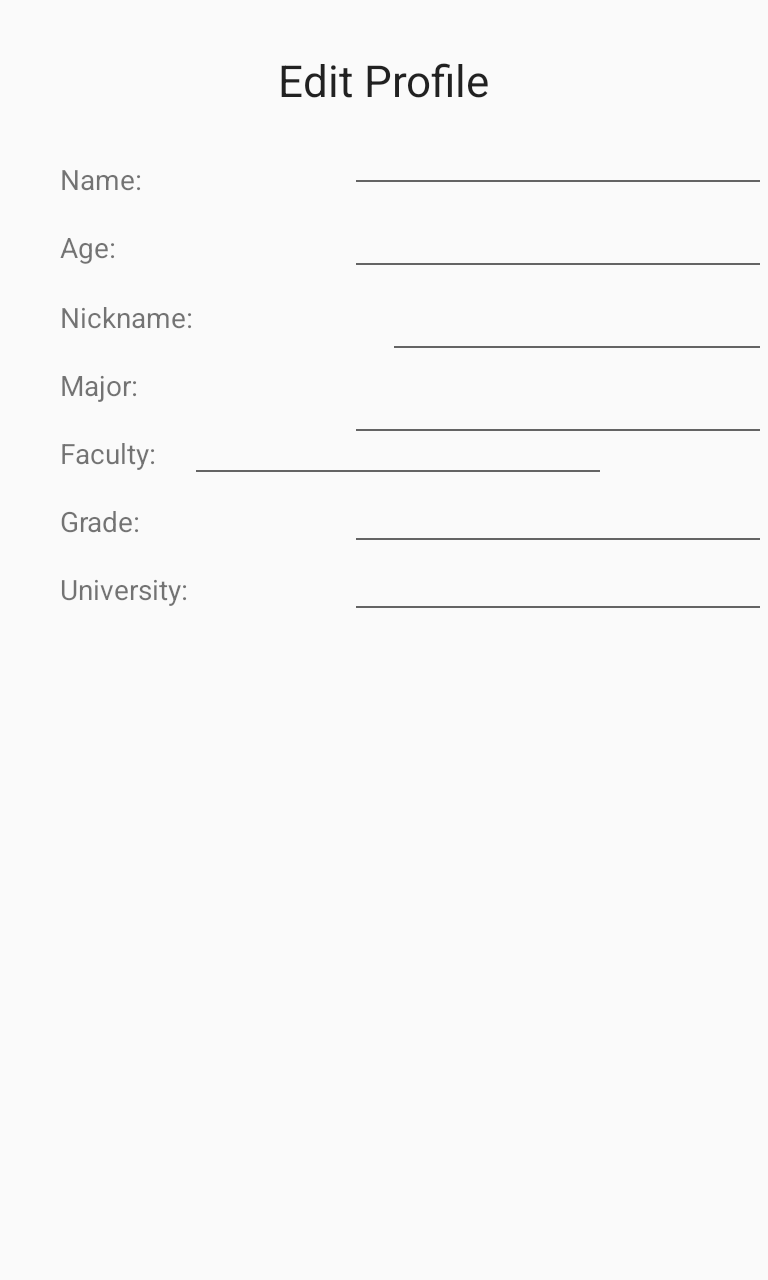
Repository: Android55410599/PROFILE
Layout: Resume_55410559/res/layout/resume.xml
These files come from the project's save history. The layout is drawn as it stood at one moment and after the next save; the edit follows.
It is drawn on a 768 x 1280 px phone screen (xhdpi) without system bars, with theme AppTheme; the app's code is not run.

Above is the layout before, as saved 2014-09-06 02:33:10.

After the next save:
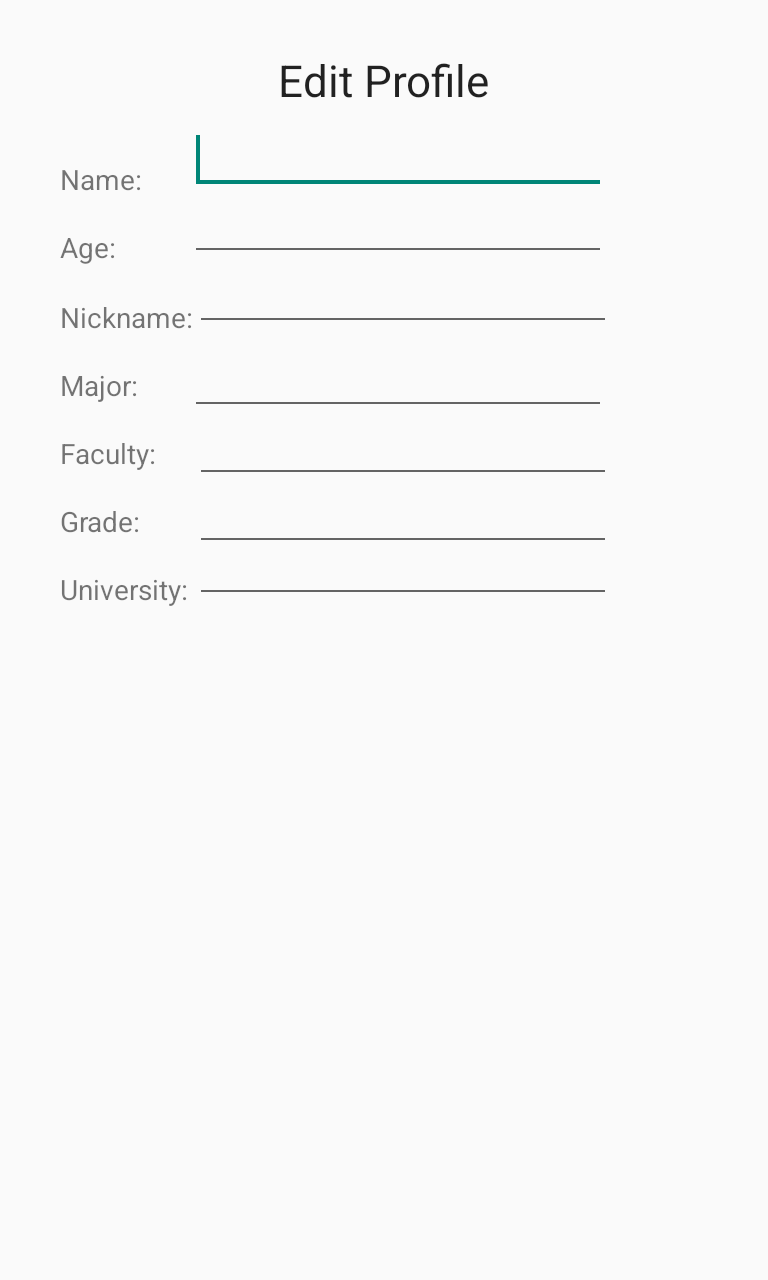
Saved 101 s later.
--- a/Resume_55410559/res/layout/resume.xml
+++ b/Resume_55410559/res/layout/resume.xml
@@ -84,36 +84,37 @@
 	    android:id="@+id/editText1"
 	    android:layout_width="wrap_content"
 	    android:layout_height="wrap_content"
-	    android:layout_alignBottom="@+id/Textview1"
-	    android:layout_alignParentRight="true"
+	    android:layout_above="@+id/textView2"
+	    android:layout_toRightOf="@+id/textView7"
 	    android:ems="10"
-	    android:inputType="textPersonName" />
+	    android:inputType="textPersonName" >
+
+	    <requestFocus />
+	</EditText>
+
+	<EditText
+	    android:id="@+id/editText2"
+	    android:layout_width="wrap_content"
+	    android:layout_height="wrap_content"
+	    android:layout_alignBottom="@+id/textView2"
+	    android:layout_alignLeft="@+id/editText1"
+	    android:ems="10" />
 
 	<EditText
 	    android:id="@+id/editText3"
 	    android:layout_width="wrap_content"
 	    android:layout_height="wrap_content"
-	    android:layout_alignLeft="@+id/editText2"
-	    android:layout_below="@+id/editText2"
-	    android:layout_marginLeft="19dp"
+	    android:layout_alignBottom="@+id/textView3"
+	    android:layout_toRightOf="@+id/textView3"
 	    android:ems="10" />
-
-	<EditText
-	    android:id="@+id/editText2"
-	    android:layout_width="wrap_content"
-	    android:layout_height="wrap_content"
-	    android:layout_alignParentRight="true"
-	    android:layout_below="@+id/editText1"
-	    android:ems="10" >
-
-	</EditText>
 
 	<EditText
 	    android:id="@+id/editText4"
 	    android:layout_width="wrap_content"
 	    android:layout_height="wrap_content"
-	    android:layout_alignParentRight="true"
-	    android:layout_below="@+id/editText3"
+	    android:layout_alignBaseline="@+id/textView4"
+	    android:layout_alignBottom="@+id/textView4"
+	    android:layout_toRightOf="@+id/textView7"
 	    android:ems="10" />
 
 	<EditText
@@ -122,7 +123,15 @@
 	    android:layout_height="wrap_content"
 	    android:layout_alignBaseline="@+id/textView5"
 	    android:layout_alignBottom="@+id/textView5"
-	    android:layout_toRightOf="@+id/textView7"
+	    android:layout_alignLeft="@+id/editText3"
+	    android:ems="10" />
+
+	<EditText
+	    android:id="@+id/editText7"
+	    android:layout_width="wrap_content"
+	    android:layout_height="wrap_content"
+	    android:layout_alignBottom="@+id/textView7"
+	    android:layout_alignLeft="@+id/editText6"
 	    android:ems="10" />
 
 	<EditText
@@ -131,16 +140,7 @@
 	    android:layout_height="wrap_content"
 	    android:layout_alignBaseline="@+id/textView6"
 	    android:layout_alignBottom="@+id/textView6"
-	    android:layout_alignParentRight="true"
-	    android:ems="10" />
-
-	<EditText
-	    android:id="@+id/editText7"
-	    android:layout_width="wrap_content"
-	    android:layout_height="wrap_content"
-	    android:layout_alignBaseline="@+id/textView7"
-	    android:layout_alignBottom="@+id/textView7"
-	    android:layout_alignParentRight="true"
+	    android:layout_alignLeft="@+id/editText5"
 	    android:ems="10" />
 
 </RelativeLayout>
